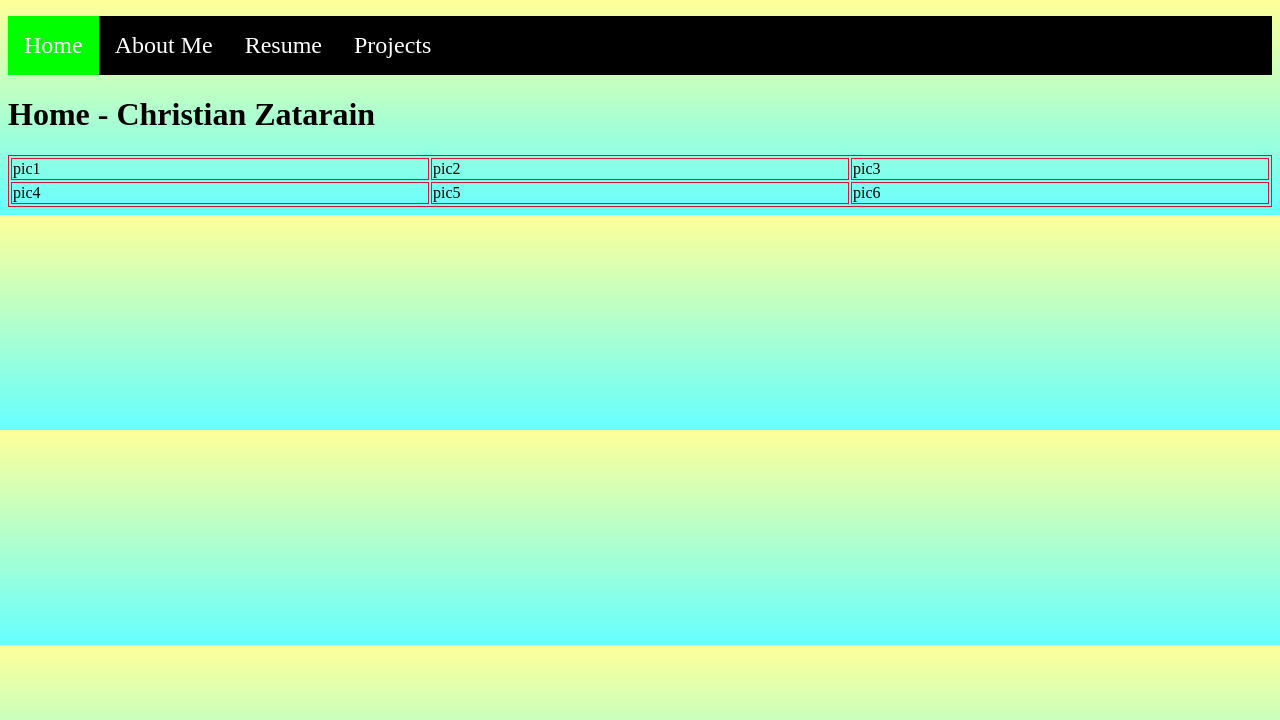
Repository: Zatarain10/Zatarain10.github.io
Page: index.html
The author's editor kept a record of every edit. The page is drawn from the files as they stood at one moment, then again after the next edit.
The browser window is 1280 px wide. The pictures show the whole page.

Above is the page before.

After the next edit:
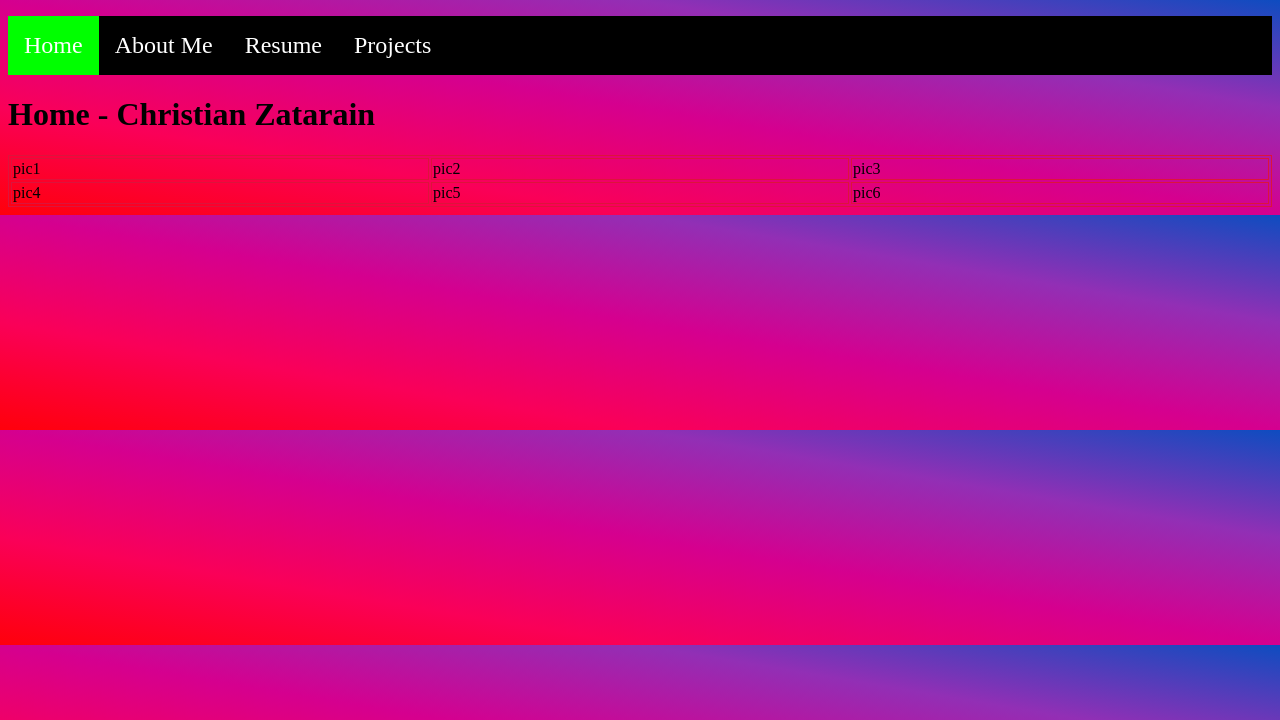
The edit:
--- a/style.css
+++ b/style.css
@@ -43,5 +43,5 @@
         }
 
         body{
-            background: linear-gradient(to top,#66ffff 0%, #ffff99 100%)
+            background: linear-gradient(to right top, #ff000b, #fa0058, #d5008f, #922fb5, #0e4cc0);
         }
